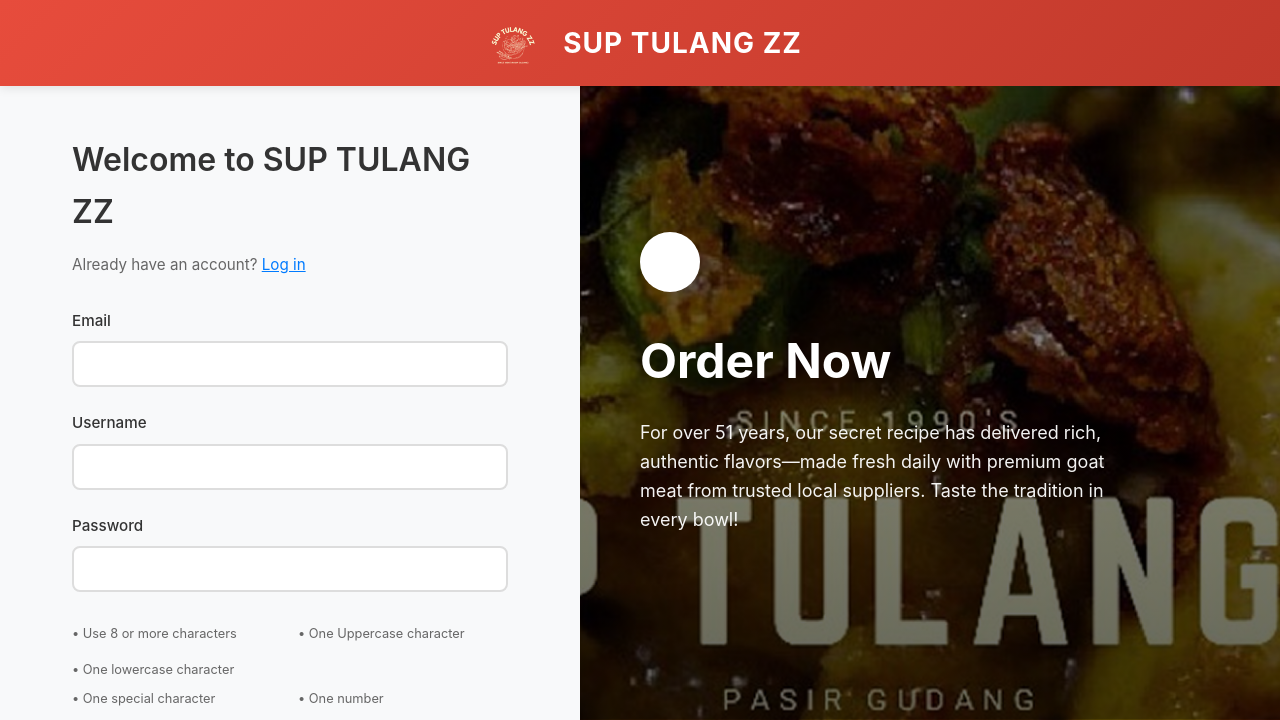
Repository: YIsheng2002/web-frontend
Page: view/member/userSignUp.html
These files come from the project's save history. The page is drawn as it stood at one moment and after the next save; the edit follows.
The browser window is 1280 px wide. The pictures show the whole page.
An inner scrolling area shows only its first screen.

Above is the page before, as saved 2025-06-13 22:34:40.

After the next save:
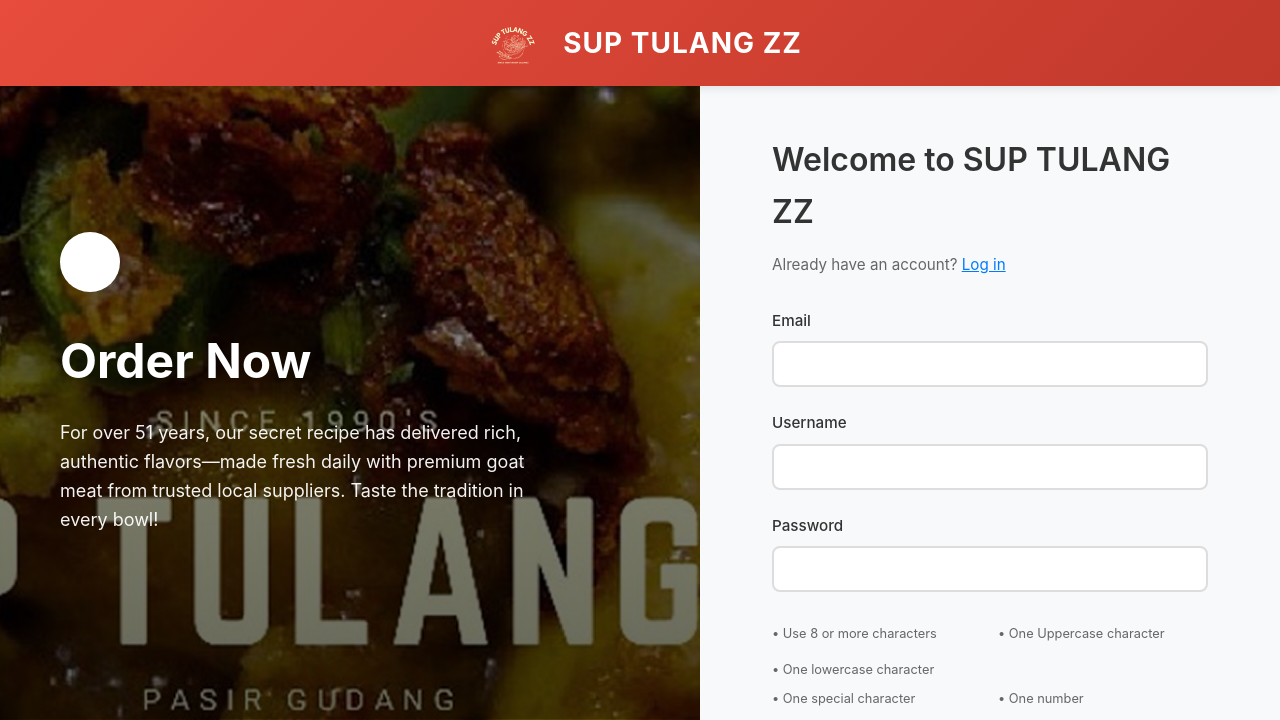
Saved 2 min 17 s later.
--- a/view/member/userSignUp.html
+++ b/view/member/userSignUp.html
@@ -25,6 +25,17 @@
         </div>
     </header>
     <div class="container">
+        <!-- Right side - Background Image -->
+        <div class="order-section">
+            <div class="order-content">
+                <div class="order-badge"></div>
+                <h1 class="order-title">Order Now</h1>
+                <p class="order-description">
+                    For over 51 years, our secret recipe has delivered rich, authentic flavors—made fresh daily with premium goat meat from trusted local suppliers. Taste the tradition in every bowl!
+                </p>
+            </div>
+        </div>
+
         <!-- Left side - Registration Form -->
         <div class="form-section">
 
@@ -66,17 +77,6 @@
                     <p class="login-link-bottom">Already have an account? <a class="link" href="userLogin.html">Log in</a></p>
                 </form>
             </main>
-        </div>
-
-        <!-- Right side - Background Image -->
-        <div class="order-section">
-            <div class="order-content">
-                <div class="order-badge"></div>
-                <h1 class="order-title">Order Now</h1>
-                <p class="order-description">
-                    For over 51 years, our secret recipe has delivered rich, authentic flavors—made fresh daily with premium goat meat from trusted local suppliers. Taste the tradition in every bowl!
-                </p>
-            </div>
         </div>
     </div>
 
